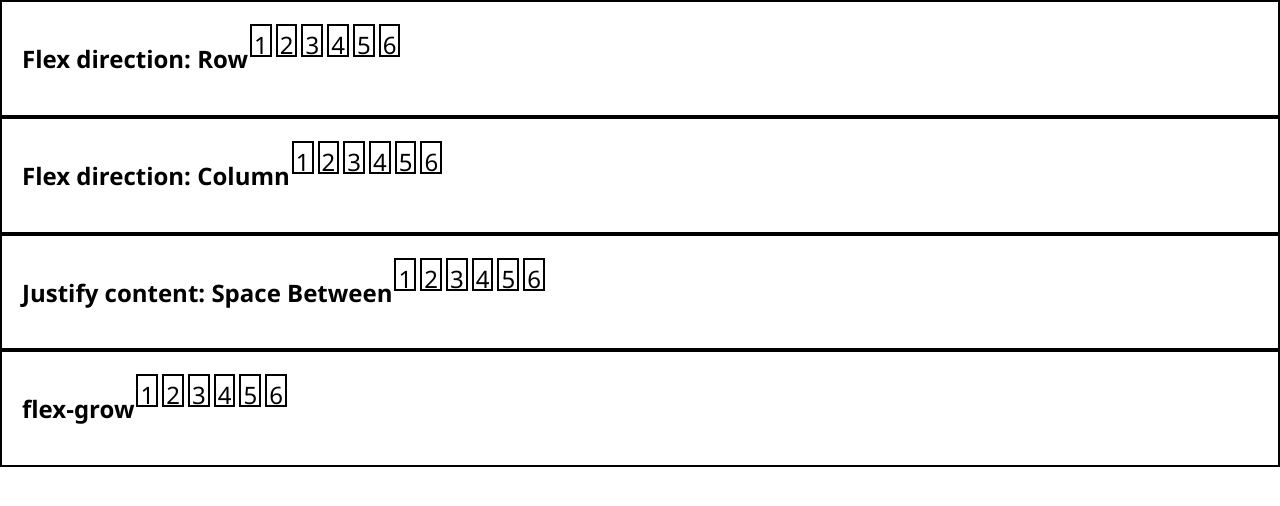
Repository: anjalipatel-dev/web-dev-learning-journey
Page: 03_html_css_ui_pages/05_hands_on_flex/index.html
An editor plug-in stored every save of this project. The page is shown before and after the next save, followed by the edit.
The browser window is 1280 px wide. The pictures show the whole page.

Above is the page before, as saved 2025-10-11 08:01:00.

### 03_html_css_ui_pages/05_hands_on_flex/index.html
<!DOCTYPE html>
<html lang="en">
<head>
    <meta charset="UTF-8">
    <meta name="viewport" content="width=device-width, initial-scale=1.0">
    <link rel="stylesheet" href="styles.css">
    <title>flex-box</title>
</head>
<body>
    <div class="container flex-row">
        <h2>Flex direction: Row</h2>
        <div class="item item-1">1</div>
        <div class="item item-2">2</div>
        <div class="item item-3">3</div>
        <div class="item item-4">4</div>
        <div class="item item-5">5</div>
        <div class="item item-6">6</div>
    </div>
     <div class="container flex-column">
        <h2>Flex direction: Column</h2>
        <div class="item item-1">1</div>
        <div class="item item-2">2</div>
        <div class="item item-3">3</div>
        <div class="item item-4">4</div>
        <div class="item item-5">5</div>
        <div class="item item-6">6</div>
    </div>
    <div class="container container-justify">
        <h2>Justify content: Space Between</h2>
        <div class="item item-1">1</div>
        <div class="item item-2">2</div>
        <div class="item item-3">3</div>
        <div class="item item-4">4</div>
        <div class="item item-5">5</div>
        <div class="item item-6">6</div>
    </div>
    <div class="container container-grow">
        <h2>flex-grow</h2>
        <div class="item item-1">1</div>
        <div class="item item-2">2</div>
        <div class="item item-3">3</div>
        <div class="item item-4">4</div>
        <div class="item item-5">5</div>
        <div class="item item-6">6</div>
    </div>
</body>
</html>

### 03_html_css_ui_pages/05_hands_on_flex/styles.css
body{
    padding : 0;
    margin : 0;
    box-sizing : border-box;
    font-family: 'Segoe UI', Tahoma, Geneva, Verdana, sans-serif;
}
.container{
    height : auto;
    width: auto;
    display : flex;
    box-sizing : border-box;
    border : 2px solid black;
    padding: 20px;

}
.item{
    display: flex;
    height:25px;
    weight:25px;
    border : 2px solid black;
    padding : 2px;
    margin : 2px;
    font-size : 1.5rem;
    text-align : center;
    justify-content: center;/* Each item takes equal space */
}

After the next save:
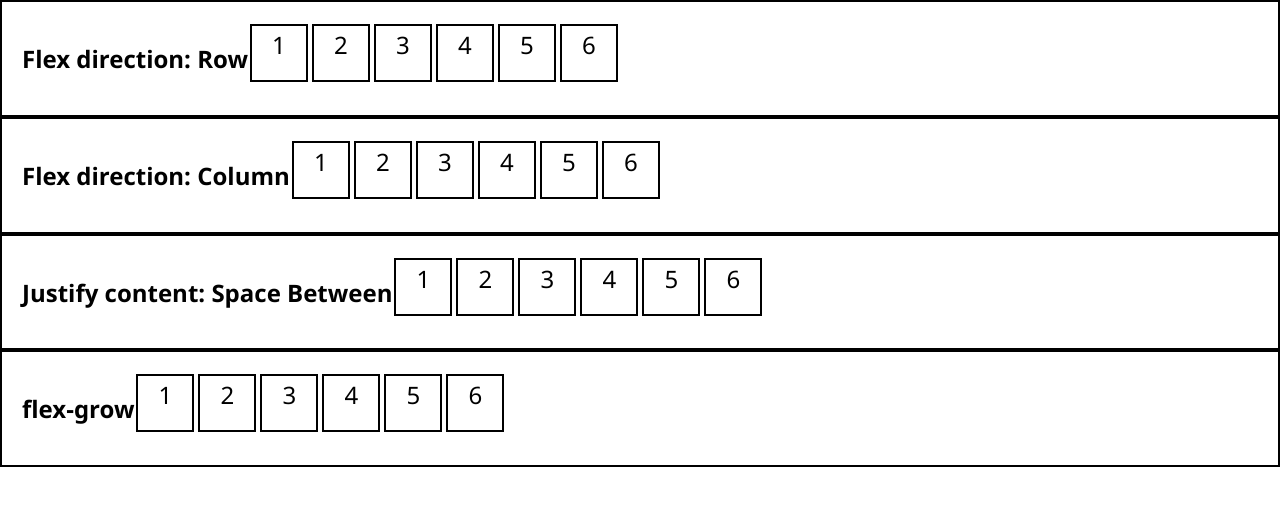
Saved 43 s later.
--- a/03_html_css_ui_pages/05_hands_on_flex/styles.css
+++ b/03_html_css_ui_pages/05_hands_on_flex/styles.css
@@ -15,12 +15,12 @@
 }
 .item{
     display: flex;
-    height:25px;
-    weight:25px;
+    height:50px;
+    width:50px;
     border : 2px solid black;
     padding : 2px;
     margin : 2px;
     font-size : 1.5rem;
     text-align : center;
-    justify-content: center;/* Each item takes equal space */
+    justify-content: center;
 }
